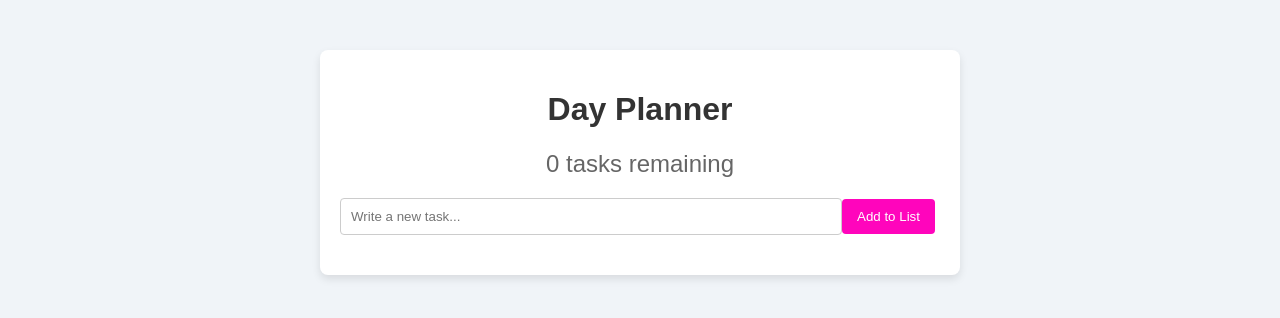
Repository: madelinestruthers/shema-lab04
Page: /
These files come from the project's save history. The page is drawn as it stood at one moment and after the next save; the edit follows.
The browser window is 1280 px wide. The pictures show the whole page.
The project was rebuilt for these pictures with package versions that can differ from the ones it lists, and the page was loaded fresh each time. Also part of the build but not shown: src/components/Task.jsx.

Above is the page before, as saved 2024-10-20 20:03:18.

### src/index.css
/* src/index.css */
body {
  font-family: Arial, sans-serif;
  background-color: #f0f4f8;
  margin: 0;
  padding: 0;
}

.app-container {
  width: 80%;
  max-width: 600px;
  margin: 50px auto;
  background-color: #fff;
  padding: 20px;
  border-radius: 8px;
  box-shadow: 0 4px 8px rgba(0, 0, 0, 0.1);
}

h1 {
  text-align: center;
  color: #333;
}

h2 {
  text-align: center;
  color: #666;
  font-weight: normal;
}

.task-list {
  margin-top: 20px;
}

.task-item {
    display: flex;
    justify-content: space-between;
    align-items: center;
    background-color: #f9f9f9;
    padding: 10px;
    border-radius: 4px;
    margin-bottom: 10px;
    border: 1px solid #e0e0e0;
}

.task-item.completed {
    text-decoration: line-through; /* This applies the strikethrough */
    color: #aaa;
}

.task-item button {
  background-color: #ff4d4d;
  color: white;
  border: none;
  padding: 5px 10px;
  border-radius: 4px;
  cursor: pointer;
}

.task-item button:hover {
  background-color: #ff3333;
}

input[type="text"] {
  width: 80%;
  padding: 10px;
  border: 1px solid #ccc;
  border-radius: 4px;
}

button {
  background-color: #ff05bc;
  color: white;
  border: none;
  padding: 10px 15px;
  border-radius: 4px;
  cursor: pointer;
}

button:hover {
  background-color: #c961be;
}

### src/App.jsx
// src/App.jsx
import React, { useState } from 'react';
import Task from './components/Task.jsx';
import TaskForm from './components/TaskForm.jsx';

function App() {
  const [tasks, setTasks] = useState([]);

  const addTask = (taskText) => {
    const newTask = {
      id: Date.now(),
      text: taskText,
      completed: false,
    };
    setTasks([...tasks, newTask]);
  };

  const toggleComplete = (taskId) => {
    setTasks(tasks.map((task) =>
      task.id === taskId ? { ...task, completed: !task.completed } : task
    ));
  };

  const deleteTask = (taskId) => {
    setTasks(tasks.filter((task) => task.id !== taskId));
  };

  const remainingTasks = tasks.filter((task) => !task.completed).length;

  return (
    <div className="app-container">
      <h1>Day Planner</h1>
      <h2>{remainingTasks} tasks remaining</h2>

      <TaskForm addTask={addTask} />

      <div className="task-list">
        {tasks.map((task) => (
          <Task
            key={task.id}
            task={task}
            toggleComplete={toggleComplete}
            deleteTask={deleteTask}
          />
        ))}
      </div>
    </div>
  );
}

export default App;

### src/components/TaskForm.jsx
// src/components/TaskForm.js
import React, { useState } from 'react';

const TaskForm = ({ addTask }) => {
  const [taskText, setTaskText] = useState('');

  const handleSubmit = (e) => {
    e.preventDefault();
    if (!taskText.trim()) return;
    addTask(taskText);
    setTaskText(''); // Clear input after submitting
  };

  return (
    <form onSubmit={handleSubmit}>
      <input
        type="text"
        value={taskText}
        onChange={(e) => setTaskText(e.target.value)}
        placeholder="Write a new task..."
      />
      <button type="submit">Add to List</button>
    </form>
  );
};

export default TaskForm;

Loaded but not shown: public/index.html (common file); src/index.js (common file)

After the next save:
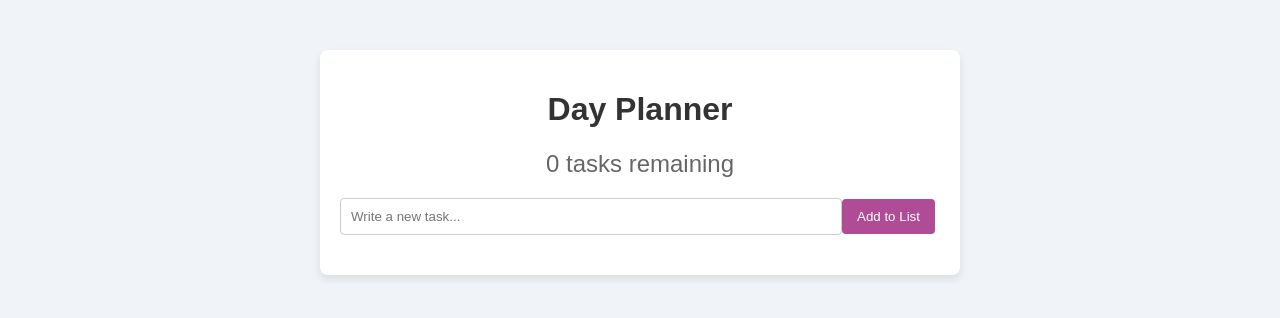
Saved 10 s later.
--- a/src/index.css
+++ b/src/index.css
@@ -32,19 +32,19 @@ h2 {
 }
 
 .task-item {
-    display: flex;
-    justify-content: space-between;
-    align-items: center;
-    background-color: #f9f9f9;
-    padding: 10px;
-    border-radius: 4px;
-    margin-bottom: 10px;
-    border: 1px solid #e0e0e0;
+  display: flex;
+  justify-content: space-between;
+  align-items: center;
+  background-color: #f9f9f9;
+  padding: 10px;
+  border-radius: 4px;
+  margin-bottom: 10px;
+  border: 1px solid #e0e0e0;
 }
 
 .task-item.completed {
-    text-decoration: line-through; /* This applies the strikethrough */
-    color: #aaa;
+  background-color: #d1f7c4;
+  text-decoration: line-through;
 }
 
 .task-item button {
@@ -68,7 +68,7 @@ input[type="text"] {
 }
 
 button {
-  background-color: #ff05bc;
+  background-color: #af4c95;
   color: white;
   border: none;
   padding: 10px 15px;
